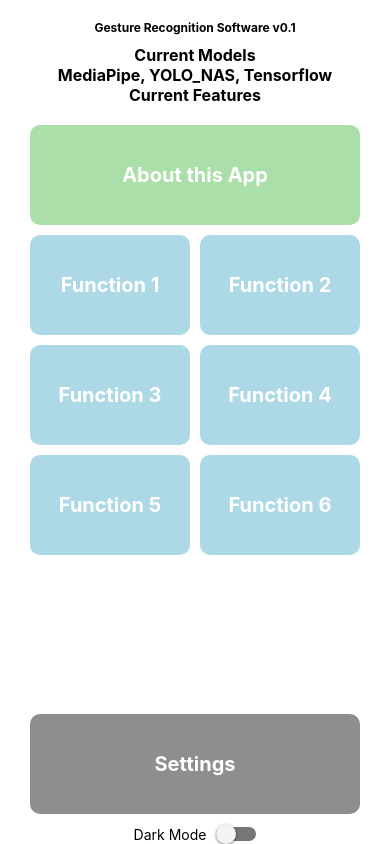
Repository: hajin-park/V-QUIP
Page: / (app in frontend/react-native-app/)
These files come from the project's save history. The page is drawn as it stood at one moment and after the next save; the edit follows.
The browser window is 390 px wide. The pictures show the whole page.
The app was drawn by React Native's web renderer in a window 390 px wide. The project was rebuilt for these pictures with package versions that can differ from the ones it lists, and the page was loaded fresh each time.

Above is the page before, as saved 2024-04-08 00:18:14.

### frontend/react-native-app/App.js
import React, { useState } from 'react';
import { StatusBar } from 'expo-status-bar';
import { StyleSheet, Text, View, TouchableOpacity, Switch } from 'react-native';

export default function App() {
  const [darkMode, setDarkMode] = useState(false);

  const handleOptionClick = (option) => {
    // Handle click event for the selected option
    console.log(`Function ${option} clicked`);
  };

  return (
    <View style={[styles.container, darkMode && styles.darkContainer]}>
      <Text style={[styles.title, darkMode && styles.darkText]}>Gesture Recognition Software v0.1</Text>
      <View style={styles.infoBox}>
        <Text style={[styles.infoText, darkMode && styles.darkText]}>Current Models</Text>
        <Text style={[styles.infoText, darkMode && styles.darkText]}>MediaPipe, YOLO_NAS, Tensorflow</Text>
        <Text style={[styles.infoText, darkMode && styles.darkText]}>Current Features</Text>

      </View>
      <View style={styles.row}>
          <TouchableOpacity style={[styles.box3, darkMode && styles.darkBox]} onPress={() => handleOptionClick(6)}>
            <Text style={[styles.text, darkMode && styles.darkText]}>About this App</Text>
          </TouchableOpacity>
        </View>
      <View style={styles.content}>
        <View style={styles.row}>
          <TouchableOpacity style={[styles.box, darkMode && styles.darkBox]} onPress={() => handleOptionClick(1)}>
            <Text style={[styles.text, darkMode && styles.darkText]}>Function 1</Text>
          </TouchableOpacity>
          <TouchableOpacity style={[styles.box, darkMode && styles.darkBox]} onPress={() => handleOptionClick(2)}>
            <Text style={[styles.text, darkMode && styles.darkText]}>Function 2</Text>
          </TouchableOpacity>
        </View>
        <View style={styles.row}>
          <TouchableOpacity style={[styles.box, darkMode && styles.darkBox]} onPress={() => handleOptionClick(3)}>
            <Text style={[styles.text, darkMode && styles.darkText]}>Function 3</Text>
          </TouchableOpacity>
          <TouchableOpacity style={[styles.box, darkMode && styles.darkBox]} onPress={() => handleOptionClick(4)}>
            <Text style={[styles.text, darkMode && styles.darkText]}>Function 4</Text>
          </TouchableOpacity>
        </View>
        <View style={styles.row}>
          <TouchableOpacity style={[styles.box, darkMode && styles.darkBox]} onPress={() => handleOptionClick(5)}>
            <Text style={[styles.text, darkMode && styles.darkText]}>Function 5</Text>
          </TouchableOpacity>
          <TouchableOpacity style={[styles.box, darkMode && styles.darkBox]} onPress={() => handleOptionClick(6)}>
            <Text style={[styles.text, darkMode && styles.darkText]}>Function 6</Text>
          </TouchableOpacity>
        </View>
      </View>
      {/* Settings and About This App boxes */}
      <View style={styles.row}>
          <TouchableOpacity style={[styles.box2, darkMode && styles.darkBox]} onPress={() => handleOptionClick(5)}>
            <Text style={[styles.text, darkMode && styles.darkText]}>Settings</Text>
          </TouchableOpacity>
      </View>

      <View style={styles.darkModeSwitchContainer}>
        <Text style={[styles.darkModeText, darkMode && styles.darkText]}>Dark Mode</Text>
        <Switch
          trackColor={{ false: "#767577", true: "#81b0ff" }}
          thumbColor={darkMode ? "#f5dd4b" : "#f4f3f4"}
          ios_backgroundColor="#3e3e3e"
          onValueChange={() => setDarkMode(!darkMode)}
          value={darkMode}
        />
      </View>
      <StatusBar style="auto" />
    </View>
  );
}

const styles = StyleSheet.create({
  container: {
    flex: 1,
    backgroundColor: '#fff',
    paddingHorizontal: 10,
    paddingTop: 20,
  },
  darkContainer: {
    backgroundColor: '#121212',
  },
  title: {
    fontSize: 12,
    fontWeight: 'bold',
    marginBottom: 10,
    textAlign: 'center',
  },
  darkText: {
    color: '#ffffff',
  },
  infoBox: {
    alignItems: 'center',
    marginBottom: 20,
  },
  infoText: {
    fontSize: 16,
    fontWeight: 'bold',
    color: '#000000',
  },
  content: {
    flex: 1,
    alignItems: 'center',
  },
  row: {
    flexDirection: 'row',
    justifyContent: 'center',
    marginBottom: 10,
  },
  box: {
    width: 160,
    height: 100,
    backgroundColor: '#ADD8E6', // Light blue color
    borderRadius: 10, // Rounded edges
    alignItems: 'center',
    justifyContent: 'center',
    marginHorizontal: 5,
  },
  box2: {
    width: 330,
    height: 100,
    backgroundColor: '#8e8e8e', // Light blue color
    borderRadius: 10, // Rounded edges
    alignItems: 'center',
    justifyContent: 'center',
    marginHorizontal: 10,
  },
  box3: {
    width: 330,
    height: 100,
    backgroundColor: '#ABDFA9', // Light blue color
    borderRadius: 10, // Rounded edges
    alignItems: 'center',
    justifyContent: 'center',
    marginHorizontal: 20,
  },
  text: {
    fontSize: 20,
    fontWeight: 'bold',
    color: '#FFFFFF', // White text color
  },
  darkBox: {
    backgroundColor: '#2d2d2d', // Dark gray color
  },
  horizontalContainer: {
    flexDirection: 'row',
    justifyContent: 'space-between',
    marginBottom: 10,
  },
  horizontalBox: {
    width: '70%',
    height: 80,
    backgroundColor: '#ADD8E6', // Light blue color
    borderRadius: 10, // Rounded edges
    alignItems: 'center',
    justifyContent: 'center',
  },
  darkModeSwitchContainer: {
    flexDirection: 'row',
    alignItems: 'center',
    justifyContent: 'center',
  },
  darkModeText: {
    marginRight: 10,
    color: '#000000',
  },
});

After the next save:
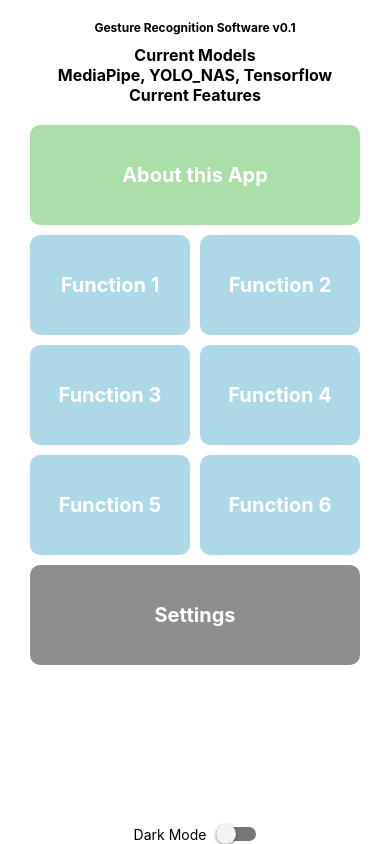
Saved 19 s later.
--- a/frontend/react-native-app/App.js
+++ b/frontend/react-native-app/App.js
@@ -49,13 +49,14 @@
             <Text style={[styles.text, darkMode && styles.darkText]}>Function 6</Text>
           </TouchableOpacity>
         </View>
-      </View>
-      {/* Settings and About This App boxes */}
-      <View style={styles.row}>
+        <View style={styles.row}>
           <TouchableOpacity style={[styles.box2, darkMode && styles.darkBox]} onPress={() => handleOptionClick(5)}>
             <Text style={[styles.text, darkMode && styles.darkText]}>Settings</Text>
           </TouchableOpacity>
       </View>
+      </View>
+      {/* Settings and About This App boxes */}
+
 
       <View style={styles.darkModeSwitchContainer}>
         <Text style={[styles.darkModeText, darkMode && styles.darkText]}>Dark Mode</Text>

After the 3 saves that followed:
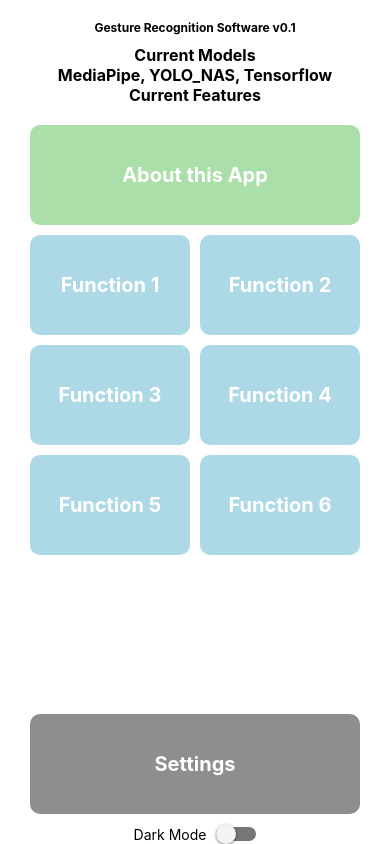
The 3 saves are shown as one change because 1 did not build or start and some came seconds apart.
The last was saved 88 s later.
--- a/frontend/react-native-app/App.js
+++ b/frontend/react-native-app/App.js
@@ -49,14 +49,13 @@
             <Text style={[styles.text, darkMode && styles.darkText]}>Function 6</Text>
           </TouchableOpacity>
         </View>
-        <View style={styles.row}>
+      </View>
+      {/* Settings and About This App boxes */}
+      <View style={styles.row}>
           <TouchableOpacity style={[styles.box2, darkMode && styles.darkBox]} onPress={() => handleOptionClick(5)}>
             <Text style={[styles.text, darkMode && styles.darkText]}>Settings</Text>
           </TouchableOpacity>
       </View>
-      </View>
-      {/* Settings and About This App boxes */}
-
 
       <View style={styles.darkModeSwitchContainer}>
         <Text style={[styles.darkModeText, darkMode && styles.darkText]}>Dark Mode</Text>
